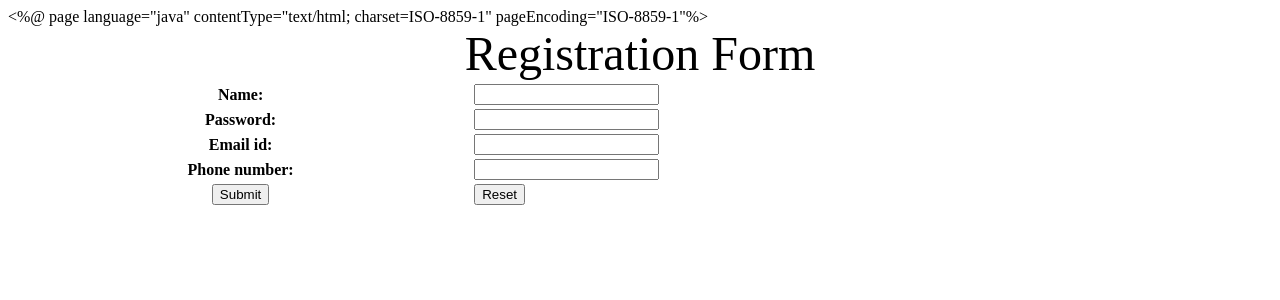
Repository: keerthipriya19/AdvancedJavaLab
Page: Exp 8/WebContent/Registration.html
The author's editor kept a copy of each file at every save. The page is drawn from the files as they stood at one save, then again after the next save.
The browser window is 1280 px wide. The pictures show the whole page.

Above is the page before, as saved 2021-02-05 05:27:32.

### Exp 8/WebContent/Registration.html
<%@ page language="java" contentType="text/html; charset=ISO-8859-1"
    pageEncoding="ISO-8859-1"%>
<!DOCTYPE html>
<html>
<head>
<TITLE>USER REGISTRATION PAGE</TITLE>
</head>
<body>
<center><font size=8> Registration Form </font></center>
<form action="./Registration.jsp" method="post">
<table width=100% border=0>
<tr>
 <th>Name:</th>
 <td>
 <input type="text" name="nametxt">
 </td>
</tr>
<tr>
<th>Password:</th>
 <td>
 <input type="password" name="passtxt">
 </td>
</tr>
<tr>
 <th>Email id:</th>
 <td>
 <input type="text" name="emailtxt">
 </td>
</tr>
 <tr>
 <th>Phone number:</th>
 <td>
 <input type="text" name="phtxt" maxlength=10>
 </td>
</tr>
<tr>
 <th>
 <input type="submit" value="Submit">
 </th>
 <td>
 <input type="reset" value="Reset">
 </td>
</tr>
</table>
</form>
</body>
</html>

After the next save:
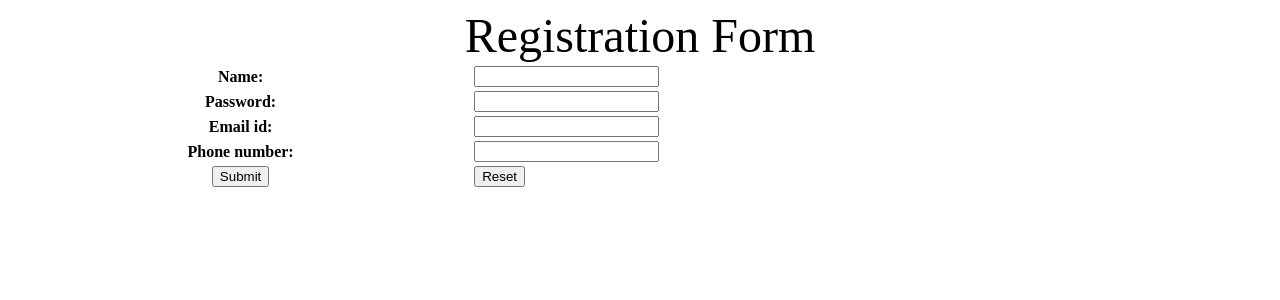
Saved 3 s later.
--- a/Exp 8/WebContent/Registration.html
+++ b/Exp 8/WebContent/Registration.html
@@ -1,6 +1,4 @@
-<%@ page language="java" contentType="text/html; charset=ISO-8859-1"
-    pageEncoding="ISO-8859-1"%>
-<!DOCTYPE html>
+
 <html>
 <head>
 <TITLE>USER REGISTRATION PAGE</TITLE>
